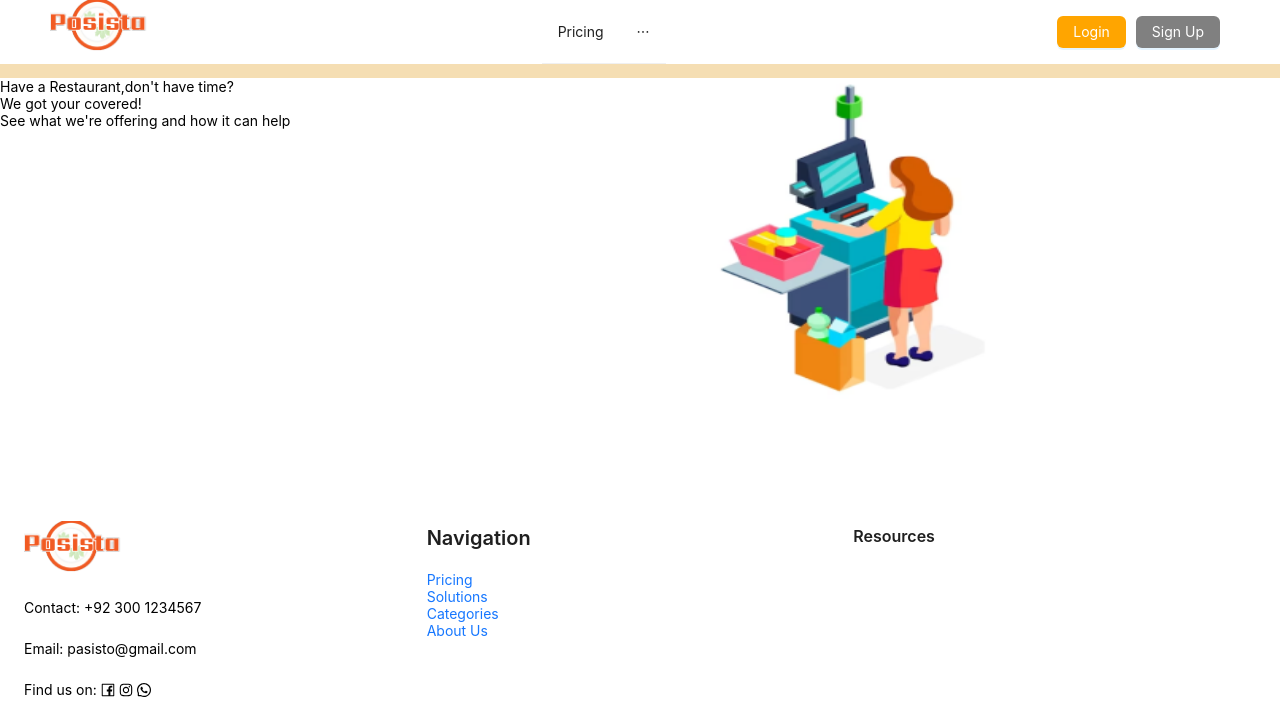
Repository: usmanarshad90/Posista
Page: / (app in test/)
These files come from the project's save history. The page is drawn as it stood at one moment and after a run of saves; the edit follows.
The browser window is 1280 px wide. The pictures show the whole page.
The project was rebuilt for these pictures with package versions that can differ from the ones it lists, and the page was loaded fresh each time. Also part of the build but not shown: test/src/components/Pricing/Pricing.jsx, test/src/components/Solution/Solutions.jsx, test/src/components/About/AboutUs.jsx, test/src/components/login/login.jsx, test/src/components/signup/signup.jsx.

Above is the page before, as saved 2023-11-28 14:32:48.

After the next 3 saves:
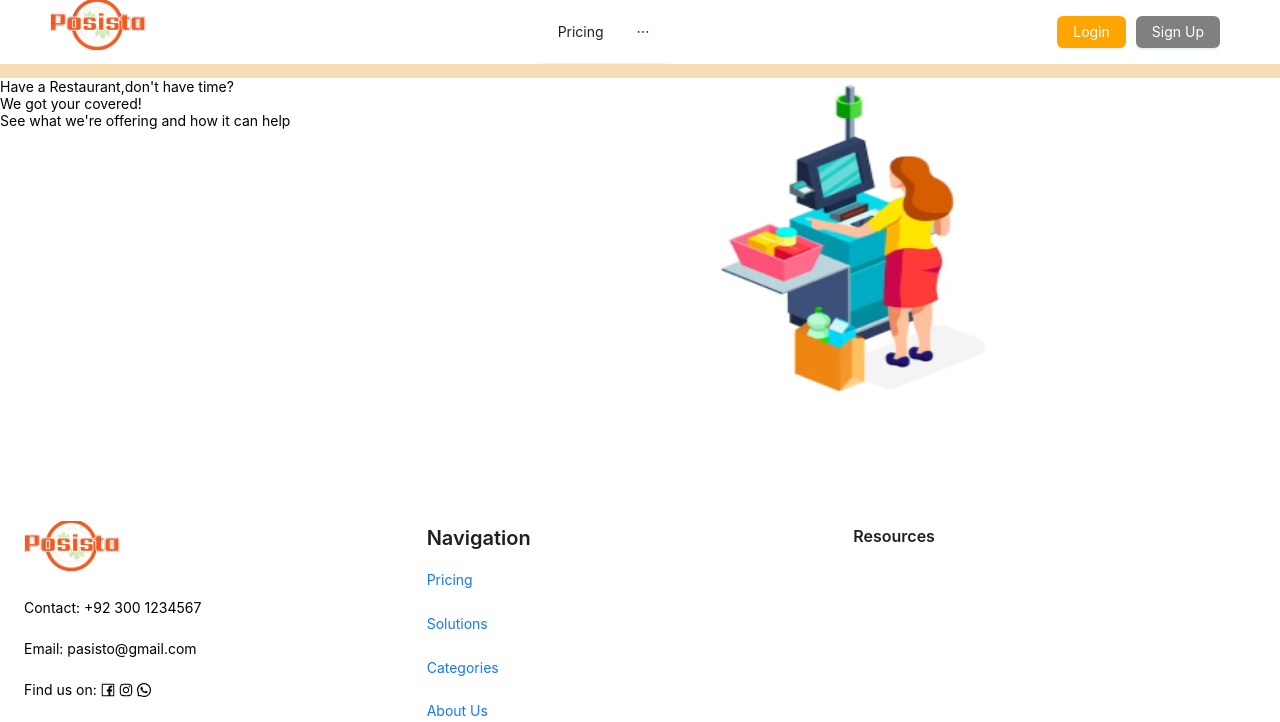
The 3 saves are shown as one change because they came seconds apart.
The last was saved 25 s later.
--- a/test/src/components/Footer/Footer.jsx
+++ b/test/src/components/Footer/Footer.jsx
@@ -40,9 +40,11 @@ const Footer = () => {
       <Typography.Title level={5}></Typography.Title>
       <Link to={'/pricing'} >Pricing</Link> <br />
 
-
+      <Typography.Title level={5}></Typography.Title>
       <Link to={'/solution'} >Solutions</Link><br />
+      <Typography.Title level={5}></Typography.Title>
       <Link to={'/about'} >Categories</Link><br />
+      <Typography.Title level={5}></Typography.Title>
       <Link to={'/about'} >About Us</Link><br />
 
 
